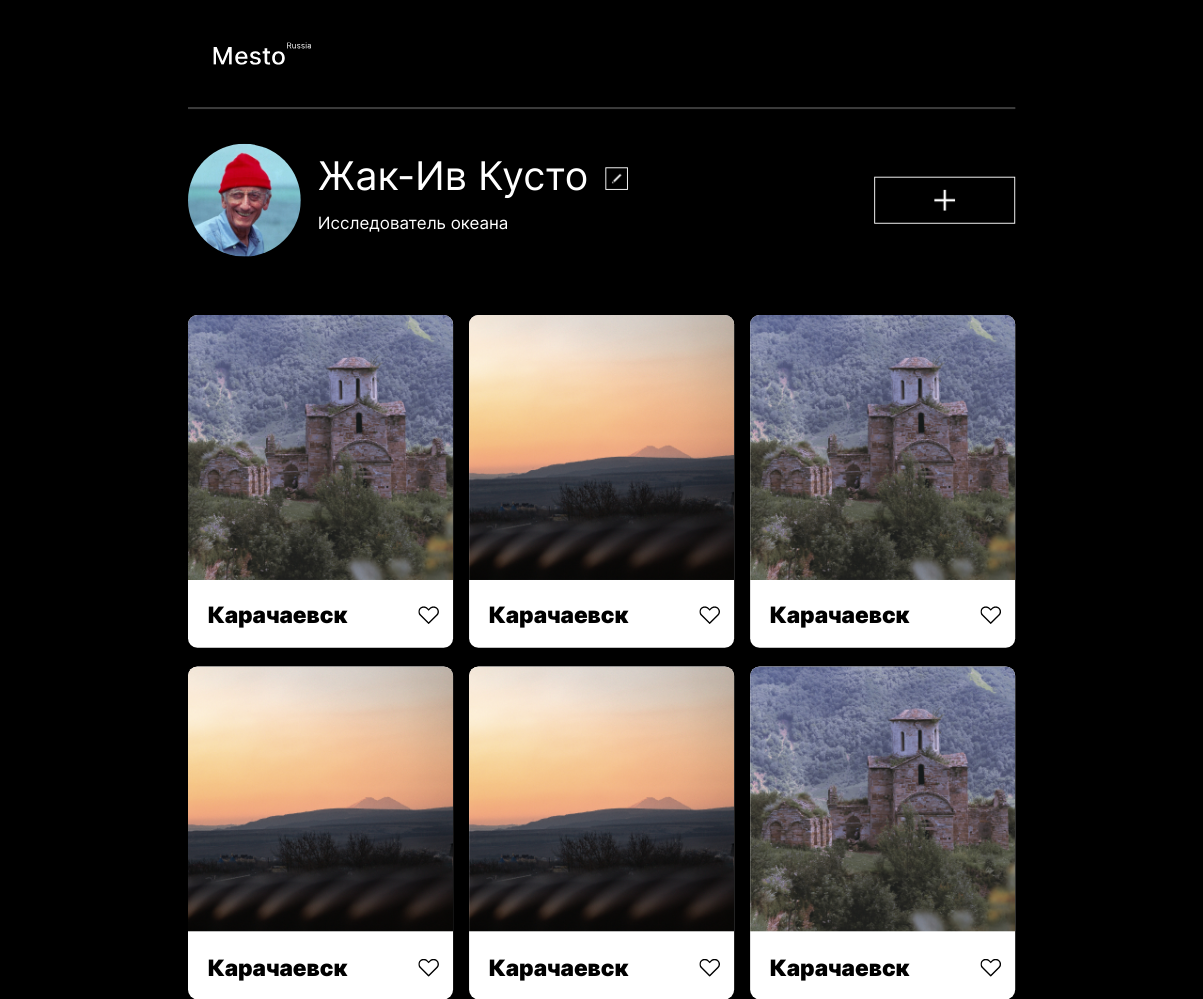
Repository: dyond/mesto
Page: index.html
An editor plug-in stored every save of this project. The page is shown before and after a run of saves, followed by the edit.
The browser window is 1280 px wide. The pictures show the whole page, at 94% of full size.

Above is the page before, as saved 2022-11-28 19:54:39.

After the next 3 saves:
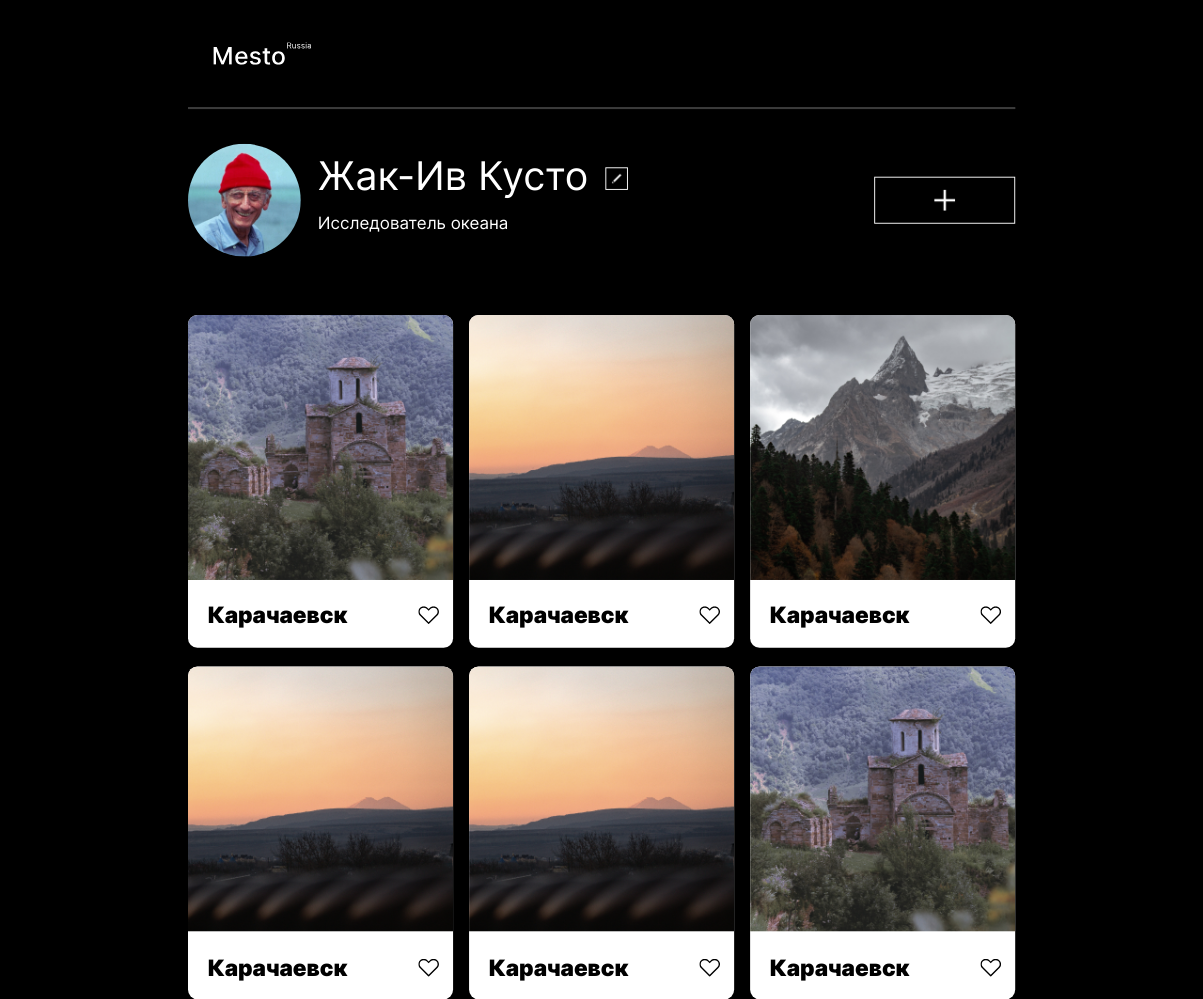
The 3 saves are shown as one change because they came seconds apart.
The last was saved 14 s later.
--- a/index.html
+++ b/index.html
@@ -50,7 +50,7 @@
           </div>
         </div>
         <div class="card">
-          <img src="images/kirill-pershin-1088404-unsplash.jpg" alt="" class="card__image">
+          <img src="images/kirill-pershin-1556355-unsplash.png" alt="" class="card__image">
           <div class="card__group">
             <h2 class="card__title">Карачаевск</h2>
             <button class="card__button">
